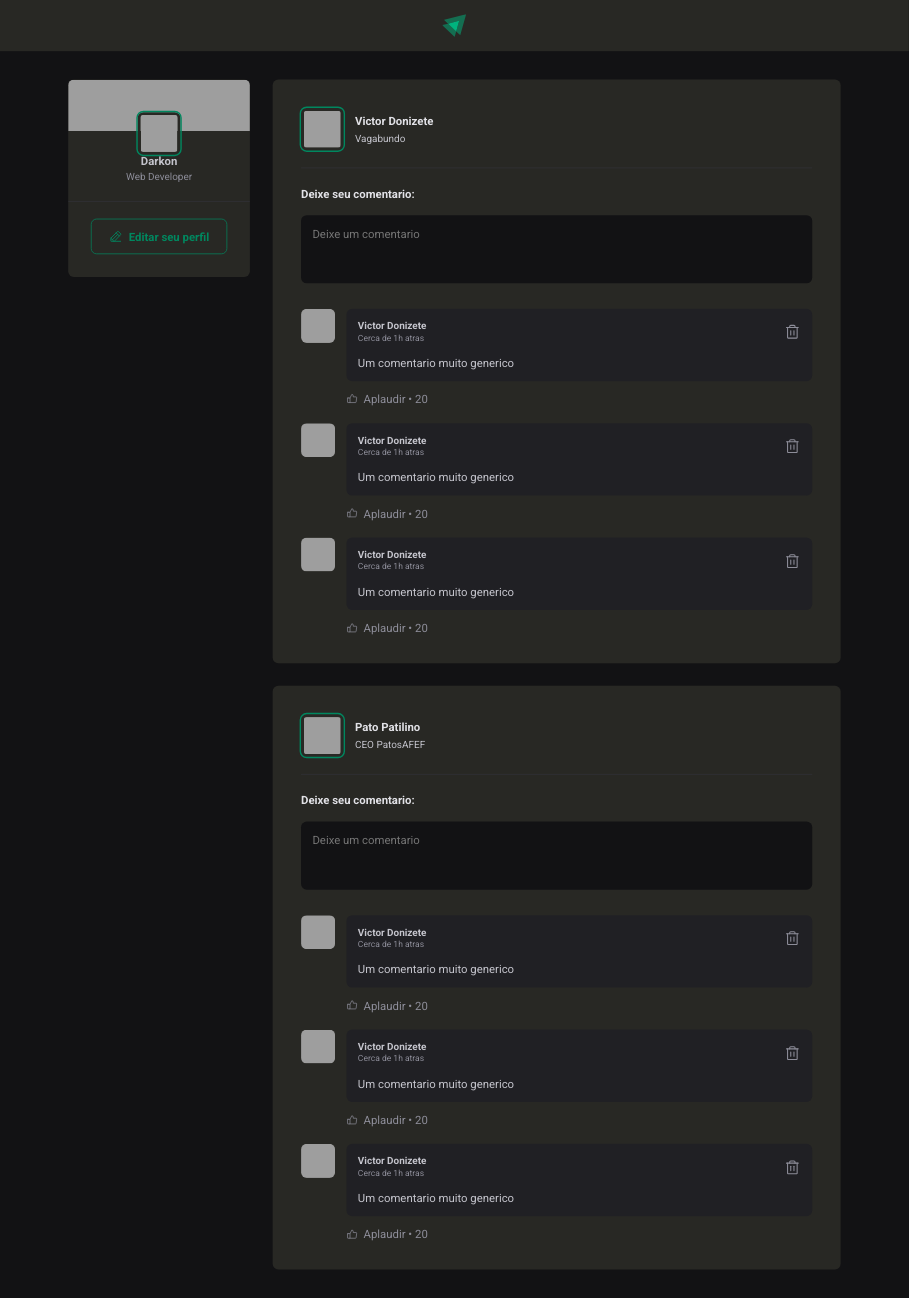
Repository: viviij/PseudoRedeSocial
Page: /
The author's editor kept a copy of each file at every save. The page is drawn from the files as they stood at one save, then again after the next save.
The browser window is 1280 px wide. The pictures show the whole page, at 71% of full size.
Pictures or frames that could not be fetched are drawn as grey boxes. The project was rebuilt for these pictures with package versions that can differ from the ones it lists, and the page was loaded fresh each time. Also part of the build but not shown: vite.config.js.

Above is the page before, as saved 2022-10-20 14:25:56.

### index.html
<!DOCTYPE html>
<html lang="en">
  <head>
    <meta charset="UTF-8" />
    <link rel="preconnect" href="https://fonts.googleapis.com">
    <link rel="preconnect" href="https://fonts.gstatic.com" crossorigin>
    <link rel="icon" type="image/svg+xml" href="/vite.svg" />
    <meta name="viewport" content="width=device-width, initial-scale=1.0" />
    <link href="https://fonts.googleapis.com/css2?family=Roboto:wght@400;700&display=swap" rel="stylesheet">
    <title>RedeSocial</title>
  </head>
  <body>
    <div id="root"></div>
    <script type="module" src="/src/main.jsx"></script>
  </body>
</html>

### src/App.jsx
import { Header } from "./components/header";
import { Sidebar } from "./components/Sidebar"
import { Post } from "./components/Post"

import styles from "./App.module.css"
import "./global.css"

const posts = [
  {
    id: 1,
    author: {
      avatarUrl: 'https://github.com/viviij.png',
      name: 'Victor Donizete',
      role: 'Vagabundo'
    },
    content: [
      {type: 'paragraph', content:  'In today`s post, we provide an update on the technical investigations we`ve undertaken in  the last year and shar'},
      {type: 'paragraph', content: 'our evolving vision for Hytale. Plus: a peek at the changing face'},
      {type: 'paragraph', content: 'of Orbis, powerful new tools, and more! ☀️'},
      {type: 'link', content: 'https://hytale.com/news/2022/7/summer-2022-development-update'},
    ],
    publishedAt: new Date('2022-10-15 20:00:00'),
  },

  {
    id: 2,
    author: {
      avatarUrl: 'https://github.com/pato.png',
      name: 'Pato Patilino',
      role: 'CEO PatosAFEF'
    },
    content: [
      {type: 'paragraph', content:  'In today`s post, we provide an update on the technical investigations we`ve undertaken in  the last year and shar'},
      {type: 'paragraph', content: 'our evolving vision for Hytale. Plus: a peek at the changing face'},
      {type: 'paragraph', content: 'of Orbis, powerful new tools, and more! ☀️'},
      {type: 'link', content: 'https://hytale.com/news/2022/7/summer-2022-development-update'},
    ],
    publishedAt: new Date('2022-10-17 20:00:00'),
  }
]

export function App() {
  return (
    <div>
      <Header />

      <div className={styles.wrapper}>
        <Sidebar />
        <main>
          {posts.map(post => {
            return (
            <Post
              author={post.author}
              content={post.content}
              publishedAt={post.publishedAt}

            />
          )
          })}
        </main>
      </div>
    </div>
  )
}

### src/components/header.jsx
import styles from "./Header.module.css"

import IgniteLogo from '../assets/IgniteLogo.svg'

export function Header() {
  return (
    <header className={styles.header}>
      <img src={IgniteLogo} alt="Logo da ignite" />
    </header>
  )
}

### src/components/Sidebar.jsx
import styles from "./Sidebar.module.css"
import { PencilLine } from "phosphor-react"
import { Avatar } from "./Avatar"

export function Sidebar() {
  return (
    <aside className={styles.sidebar}>
      <img
        className={styles.cover}
        src="https://images.unsplash.com/photo-1659095579647-7c1bbc73b36f?ixlib=rb-1.2.1&ixid=MnwxMjA3fDB8MHxlZGl0b3JpYWwtZmVlZHw1fHx8ZW58MHx8fHw%3D&auto=format&fit=crop&w=500&q=10" alt="plano de fundo"
      />

      <div className={styles.profile}>
        <Avatar
          src="https://github.com/viviij.png"
          alt="Foto de perfil"
        />

        <strong>Darkon</strong>
        <span>Web Developer</span>
      </div>

      <footer>
        <a
          href="#">
          <PencilLine
            size={20}
          />
          Editar seu perfil
        </a>
      </footer>
    </aside>
  )
}

### src/components/Post.jsx
import { format } from 'date-fns'
import ptBR from 'date-fns/locale/pt-BR'

import { Avatar } from "./Avatar"
import { Comment } from "./Comment"
import styles from "./Post.module.css"

export function Post({ author, publishedAt }) {
  const publishedDateFormatted = format(publishedAt, "d 'de' LLLL 'às' HH:mm'h'", {
    locale: ptBR,
  })
  return (
    <article className={styles.post}>
      <header>
        <div className={styles.author}>
          <Avatar src={author.avatarUrl} alt="Foto do perfil" />
          <div className={styles.authorInfo}>
            <strong>{author.name}</strong>
            <span>{author.role}</span>
          </div>
        </div>
        <time title="" dateTime="2022-05-11 00:13:46"></time>
      </header>

      <form className={styles.commentForm}>
        <strong>Deixe seu comentario: </strong>

        <textarea
          placeholder="Deixe um comentario"
        />
        <footer>
          <button type="submit">Comentar</button>

        </footer>
      </form>

      <div className={styles.commentList}>
        <Comment />
        <Comment />
        <Comment />
      </div>
    </article>
  )
}

### src/App.module.css
.wrapper {
  max-width: 70rem;
  margin: 2rem auto;
  padding: 0.5rem 1rem;

  display: grid;
  grid-template-columns: 256px 1fr;
  gap: 2rem;
  align-items: flex-start;

}

@media(max-width: 768px) {
  html {
    font-size: 84.375%;
    /*13.5px*/
  }

  .wrapper {
    grid-template-columns: 1fr;
  }
}

### src/global.css
:root {
  --white: #ffffff;

  --gray-100: #e1e1e6;
  --gray-300: #c4c4cc;
  --gray-400: #8d8d99;
  --gray-600: #323238;
  --gray-700: #29292e;
  --grey-750: #202024;
  --gray-800: #282824;
  --gray-900: #121214;

  --green-300: #00B37E;
  --green-500: #00875f;

  --red-500: #F75A68;
}

:focus {
  outline: transparent;
  box-shadow: 0 0 0 2px var(--green-500)
}

* {
  margin: 0;
  padding: 0;
  box-sizing: border-box;
}

body {
  background: var(--gray-900);
  color: var(--gray-300);
  -webkit-font-smoothing: antialiased;
}

body,
input,
textarea,
button {
  font-family: 'Roboto', sans-serif;
  font-weight: 400;
  font-size: 1rem;
}

### src/components/Sidebar.module.css
.sidebar {
  background: var(--gray-800);
  border-radius: 8px;
  overflow: hidden;
}

.cover {
  width: 100%;
  height: 72px;
  object-fit: cover;
}

.profile {
  display: flex;
  flex-direction: column;
  align-items: center;

  margin-top: calc(0px - 1.5rem - 6px);
}


.prfile strong {
  margin: 1rem;
  color: var(--gray-100);
  line-height: 1.6;
}

.profile span {
  font-size: 0.875rem;
  color: var(--gray-400);
  line-height: 1.6;
}

.sidebar footer {
  border-top: 1px solid var(--gray-600);
  margin-top: 1.5rem;
  padding: 1.5rem 2rem 2rem;
}

.sidebar footer a {
  width: 100%;
  background: transparent;
  color: var(--green-500);
  border: 1px solid var(--green-500);
  border-radius: 8px;
  height: 50px;
  padding: 0 1.5rem;
  font-weight: bold;
  display: block;
  text-decoration: none;

  display: flex;
  align-items: center;
  justify-content: center;

  gap: 0.5rem;

  transition: color 0.5s, background-color 0.5s;
}

.sidebar footer a:hover {
  background: var(--green-500);
  color: var(--white)
}

### src/components/Avatar.jsx
import styles from "./Avatar.module.css"

export function Avatar({ hasBorder = true, src }) {
  return (
    <img
      src={src}
      className={hasBorder ? styles.avatarWithBorder : styles.avatar}
    />
  )
}

### src/components/Comment.jsx
import { ThumbsUp, Trash } from "phosphor-react"
import { Avatar } from "./Avatar"
import styles from "./Comment.module.css"

export function Comment() {
  return (
    <div className={styles.comment}>
      <Avatar hasBorder={false} src="https://github.com/viviij.png" alt="Imagem de perfil" />

      <div className={styles.commentBox}>
        <div className={styles.commentContent}>
          <header>
            <div className={styles.authorAndTime}>
              <strong>Victor Donizete</strong>
              <time
                title="1 de agosto as 00:13h"
                dateTime="2022-05-11 00:13:46">Cerca de 1h atras
              </time>
            </div>

            <button title="deletar comentario">
              <Trash size={24} />
            </button>
          </header>

          <p>Um comentario muito generico</p>
        </div>

        <footer>
          <button>
            <ThumbsUp />
            Aplaudir <span>20</span>
          </button>
        </footer>
      </div>
    </div>
  )
}

### src/components/Post.module.css
.post {
  background: var(--gray-800);
  border-radius: 8px;
  padding: 2.5rem;
}

.post+.post {
  margin-top: 2rem;
}

.content {
  line-height: 1.6;
  color: var(--gray-300);
  margin-top: 1.5rem;
}

.content p {
  margin-top: 1rem;
}

.content a {
  font-weight: bold;
  color: var(--gray-500);
  text-decoration: none;
}

.content a:hover {
  color: var(--green-300);
}

.post>header {
  display: flex;
  align-items: center;
  justify-content: space-between;
}

.post>header time {
  font-size: 0.875rem;
  color: var(--gray-400);
}

.author {
  display: flex;
  align-items: center;
  gap: 1rem;
}

.author img {
  width: calc(3rem + 12px);
  height: calc(3rem + 12px);
  border-radius: 8px;
  border: 4px solid var(--gray-800);
  outline: 2px solid var(--green-500);
}

.authorInfo strong {
  display: block;
  color: var(--gray-100);
  line-height: 1.6;
}

.authorInfo span {
  display: block;
  font-size: 0.875rem;
  color: var(--grey-400);
  line-height: 1.6;
}

.commentForm {
  width: 100%;
  margin-top: 1.5rem;
  padding-top: 1.5rem;
  border-top: 1px solid var(--gray-600);
}

.commentForm>strong {
  line-height: 1.6;
  color: var(--gray-100);
}

.commentForm textarea {
  width: 100%;
  background: var(--gray-900);
  border: 0;
  resize: none;
  height: 6rem;
  padding: 1rem;
  border-radius: 8px;
  color: var(--gray-100);
  line-height: 1.4;
  margin-top: 1rem;
}

.commentForm footer {
  visibility: hidden;
  max-height: 0;

}

.commentForm:focus-within footer {
  visibility: visible;
  max-height: none;
  transition: 1s;
}

.commentForm button[type=submit] {
  padding: 1rem 1.5rem;
  margin-top: 1rem;
  border-radius: 8px;
  border: 0;
  background: var(--green-500);
  color: var(--white);
  font-weight: bold;
  cursor: pointer;

  transition: background-color 0.5s;
}

.commentForm button[type=submit]:hover {
  background: var(--green-300);
}

.commentList {
  margin-top: 2rem;
}

### src/components/Comment.module.css
.comment {
  margin-top: 1.5rem;
  display: flex;
  gap: 1rem;
}



.commentBox {
  flex: 1;
}

.commentContent {
  background: var(--grey-750);
  border-radius: 8px;
  padding: 1rem;
}

.commentContent header {
  display: flex;
  align-items: center;
  justify-content: space-between;
}

.authorAndTime strong {
  display: block;
  font-size: 0.875rem;
  justify-content: space-between;
}

.authorAndTime time {
  display: block;
  font-size: 0.75rem;
  line-height: 1.6;
  color: var(--gray-400);
}

.commentContent header button {
  background: transparent;
  border: 0;
  color: var(--gray-400);
  cursor: pointer;
  line-height: 0;
  border-radius: 2px;
}

.commentContent header button:hover {
  color: var(--red-500);
}

.commentContent p {
  margin-top: 1rem;
  color: var(--grey-300);
}

.commentBox footer {
  margin-top: 1rem;
}

.commentBox footer button {
  background: transparent;
  border: 0;
  color: var(--gray-400);
  cursor: pointer;

  display: flex;
  align-items: center;

  border-radius: 2px;
}

.commentBox footer button:hover {
  color: var(--green-300);
}

.commentBox footer button svg {
  margin-right: 0.5rem;
}

.commentBox footer button span::before {
  padding: 0.25rem;
  content: "\2022";
}

Loaded but not shown: src/main.jsx (common file); src/components/Header.module.css (common file); src/components/Avatar.module.css (common file)

After the next save:
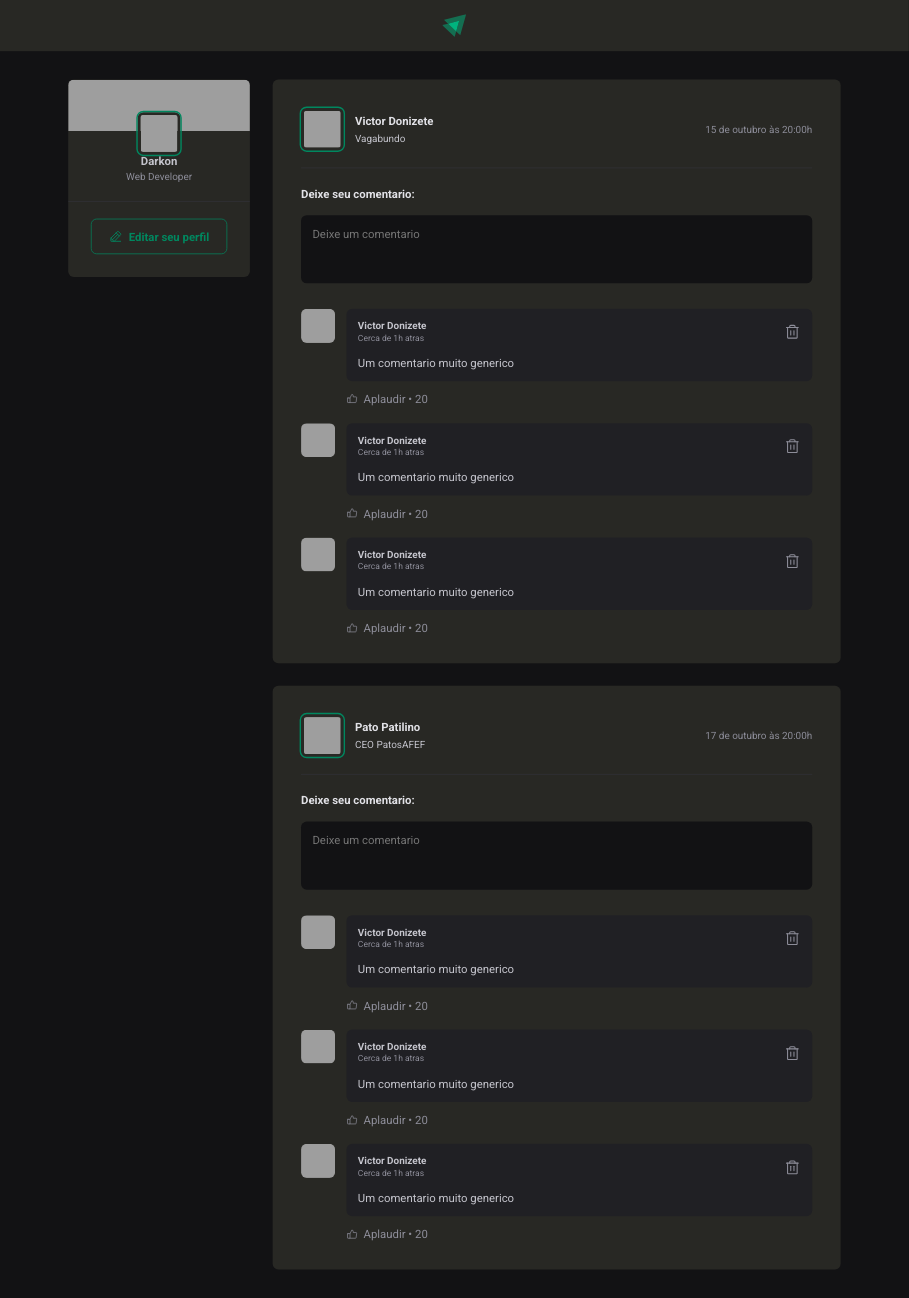
Saved 12 s later.
--- a/src/components/Post.jsx
+++ b/src/components/Post.jsx
@@ -19,7 +19,7 @@ export function Post({ author, publishedAt }) {
             <span>{author.role}</span>
           </div>
         </div>
-        <time title="" dateTime="2022-05-11 00:13:46"></time>
+        <time title="" dateTime="2022-05-11 00:13:46">{publishedDateFormatted}</time>
       </header>
 
       <form className={styles.commentForm}>
